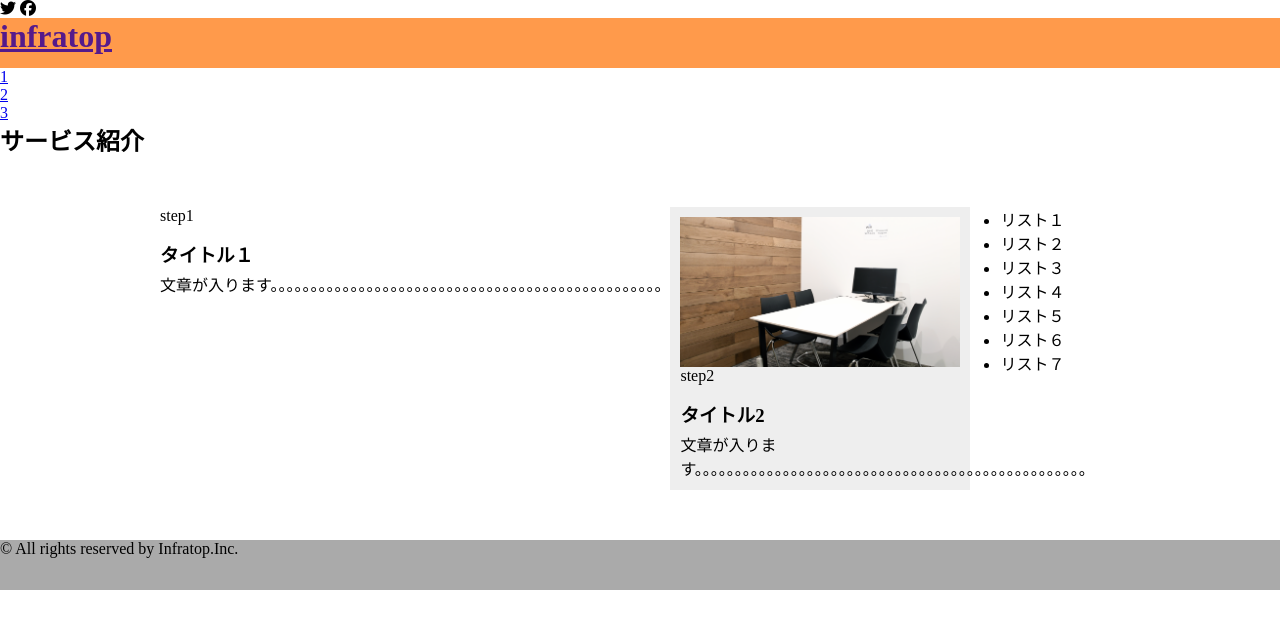
Repository: yymmyymm/review-sub1
Page: caravan2/index2.html
The author's editor kept a record of every edit. The page is drawn from the files as they stood at one moment, then again after the next edit.
The browser window is 1280 px wide. The pictures show the whole page.
Some web libraries are served in a nearby version.

Above is the page before.

### caravan2/index2.html
<!DOCTYPE html>
<html lang="ja">
  <head>
    <meta charset="UTF-8"/>
    <script src="https://kit.fontawesome.com/0855b218b3.js" crossorigin="anonymous"></script>
    <link rel="stylesheet" href="style2.css"/>
    <title>演習</title>
  </head>
  <body>
    <div class="position">

    <i class="fa-brands fa-twitter"></i>
    <i class="fa-brands fa-facebook"></i>
    </div>
  <header>
    <h1 class="heading"><a href="">infratop</a>
    </h1>
  </header>

  <nav>
    <ul class="nav-list">
      <li class="nav-list-item">
        <a href="index2.html">1</a>
      </li>
       <li class="nav-list-item">
        <a href="index2.html">2</a>
      </li>
       <li class="nav-list-item">
        <a href="index2.html">3</a>
      </li>

    </ul>
  </nav>
  <div class="main">
    <div class="box1"></div>
    <div class="box2"></div>
    <div class="box3"></div>
    <div class="box4"></div>
    <div class="box5"></div>
    <div class="box6"></div>
    <div class="box7"></div>

  </div>
    <div class="airport"></div>
    <div class="asia"></div>
    <div class="desert"></div>
    <div class="forest"></div>

  <section class="main-visual">
    <h1 class="headline">サービス紹介</h1>
  </section>

  <main>
    <div class="step box">
      <div class="step img1"></div>
      <span clss="step num">step1</span>
      <h3 class="title">タイトル１</h3>
      <p class="text">
        文章が入ります。。。。。。。。。。。。。。。。。。。。。。。。。。。。。。。。。。。。。。。。。。。。。。。。。
      </p>
    </div>

    <div class="step-box">
      <div class="step-img2"></div>
      <span clss="step-num">step2</span>
      <h3 class="title">タイトル2</h3>
      <p class="text">
        文章が入ります。。。。。。。。。。。。。。。。。。。。。。。。。。。。。。。。。。。。。。。。。。。。。。。。。
      </p>
    </div>




  <ul class="item-list">
    <li class="item">リスト１</li>
    <li class="item">リスト２</li>
    <li class="item">リスト３</li>
    <li class="item">リスト４</li>
    <li class="item">リスト５</li>
    <li class="item">リスト６</li>
    <li class="item">リスト７</li>
  </ul>
  <div class="box-list">
    <div class="box"></div>
     <div class="box"></div>
    <div class="box"></div>
    <div class="box"></div>
    <div class="box"></div>
    <div class="box"></div>
    <div class="box"></div>
    <div class="box"></div>
    <div class="box"></div>


  </div>
  </main>



  <footer>
    <p class="footer-text">© All rights reserved by Infratop.Inc.</p>
  </footer>


  </body>
</html>

### caravan2/style2.css
*{
  margin: 0;
  padding: 0;
  box-sizing: border-box;
}


header {
  height: 50px;
  background-color: #ff9a4b;
}

main {
  width: 960px;
  margin: 50px auto;
  display: flex;
}

.step-box {
  width: 300px;
  margin-right: 30px;
  padding: 10px;
  position: relative;
  background-color: #eee;
}

.step-box:last-child {
  margin-right: 0;
}

.step-img1 {
  height: 150px;
  background-image: url(img3/flow01.png);
  background-position: bottom;
  background-size: cover;
}

.step-img2 {
  height: 150px;
  background-image: url(img3/flow02.png);
  background-position: bottom;
  background-size: cover;
}

.step-img3 {
  height: 150px;
  background-image: url(img3/flow03.png);
  background-position: bottom;
  background-size: cover;
}

.step-num {
  position: absolute;
  top: 0;
  left: 0;
  background-color: #ff9a4b;
  color: #fff;
}

.title {
  margin: 15px 0 5px;
}


footer {
  height: 50px;
  background-color: #aaa;
}

After the next edit:
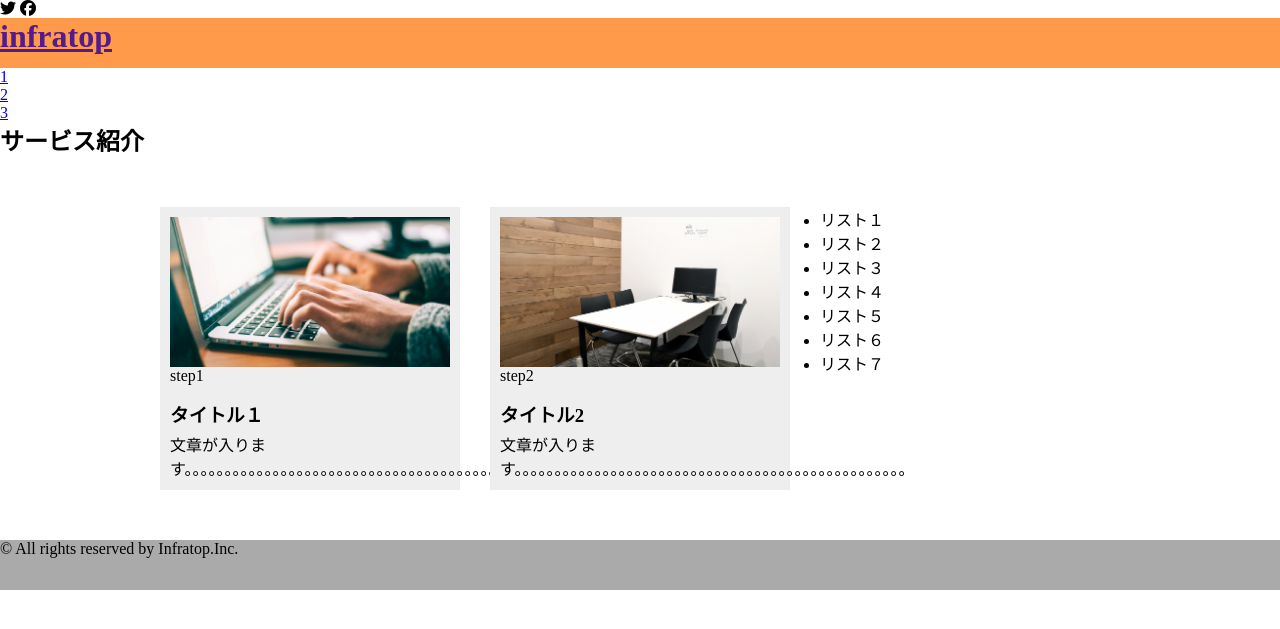
The edit:
--- a/caravan2/index2.html
+++ b/caravan2/index2.html
@@ -51,9 +51,9 @@
   </section>
 
   <main>
-    <div class="step box">
-      <div class="step img1"></div>
-      <span clss="step num">step1</span>
+    <div class="step-box">
+      <div class="step-img1"></div>
+      <span clss="step-num">step1</span>
       <h3 class="title">タイトル１</h3>
       <p class="text">
         文章が入ります。。。。。。。。。。。。。。。。。。。。。。。。。。。。。。。。。。。。。。。。。。。。。。。。。
